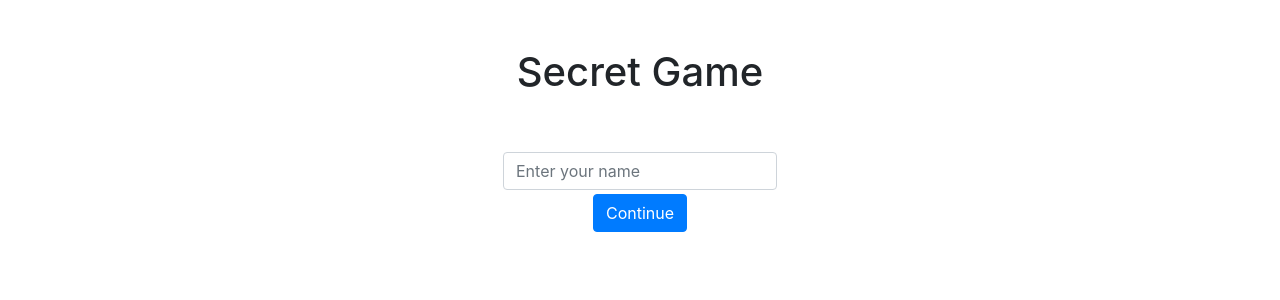
Repository: sreeramkongeseri/QuestionGame
Page: public/index.html
The author's editor kept a copy of each file at every save. The page is drawn from the files as they stood at one save, then again after the next save.
The browser window is 1280 px wide. The pictures show the whole page.

Above is the page before, as saved 2021-07-29 22:23:57.

### public/index.html
<!DOCTYPE html>
<html lang="en">
  <head>
    <meta charset="UTF-8" />
    <meta name="viewport" content="width=device-width, initial-scale=1.0" />
    <title>Sreeram Chettan</title>

    <!-- Latest compiled and minified CSS -->
    <link
      rel="stylesheet"
      href="https://maxcdn.bootstrapcdn.com/bootstrap/4.5.0/css/bootstrap.min.css"
    />

    <!-- jQuery library -->
    <script src="https://ajax.googleapis.com/ajax/libs/jquery/3.5.1/jquery.min.js"></script>

    <!-- Popper JS -->
    <script src="https://cdnjs.cloudflare.com/ajax/libs/popper.js/1.16.0/umd/popper.min.js"></script>

    <script
      src="https://cdn.jsdelivr.net/npm/bootstrap@5.0.2/dist/js/bootstrap.bundle.min.js"
      integrity="sha384-MrcW6ZMFYlzcLA8Nl+NtUVF0sA7MsXsP1UyJoMp4YLEuNSfAP+JcXn/tWtIaxVXM"
      crossorigin="anonymous"
    ></script>

    <!-- Icons -->
    <link
      rel="stylesheet"
      href="https://use.fontawesome.com/releases/v5.7.0/css/all.css"
      integrity="sha384-lZN37f5QGtY3VHgisS14W3ExzMWZxybE1SJSEsQp9S+oqd12jhcu+A56Ebc1zFSJ"
      crossorigin="anonymous"
    />
  </head>

  <body>
    <div class="d-flex justify-content-center p-5">
      <div class="d-flex flex-column justify-content-center text-center">
        <h1 class="pb-4">Secret Game</h1>

        <form class='mb-1'>
          <label for="name"></label>
          <input
            class="form-control"
            id="playerName"
            placeholder="Enter your name"
          />
        </form>

        <a
          href="intro.html"
          type="submit"
          onClick="saveName()"
          class="btn btn-primary align-self-center"
          >Continue</a
        >
      </div>
    </div>
  </body>
  <script>
    function saveName () {
      name = $('#playerName').val();
      window.localStorage.setItem('name', name);
    }
  </script>
</html>

After the next save:
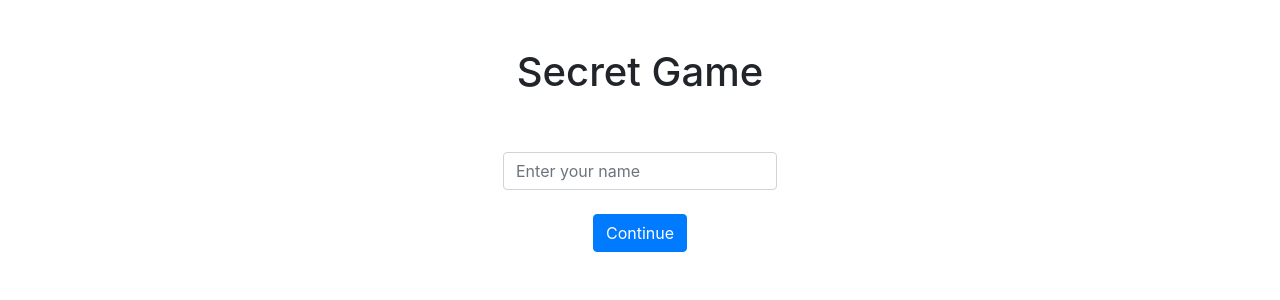
Saved 7 s later.
--- a/public/index.html
+++ b/public/index.html
@@ -37,7 +37,7 @@
       <div class="d-flex flex-column justify-content-center text-center">
         <h1 class="pb-4">Secret Game</h1>
 
-        <form class='mb-1'>
+        <form class='mb-4'>
           <label for="name"></label>
           <input
             class="form-control"
